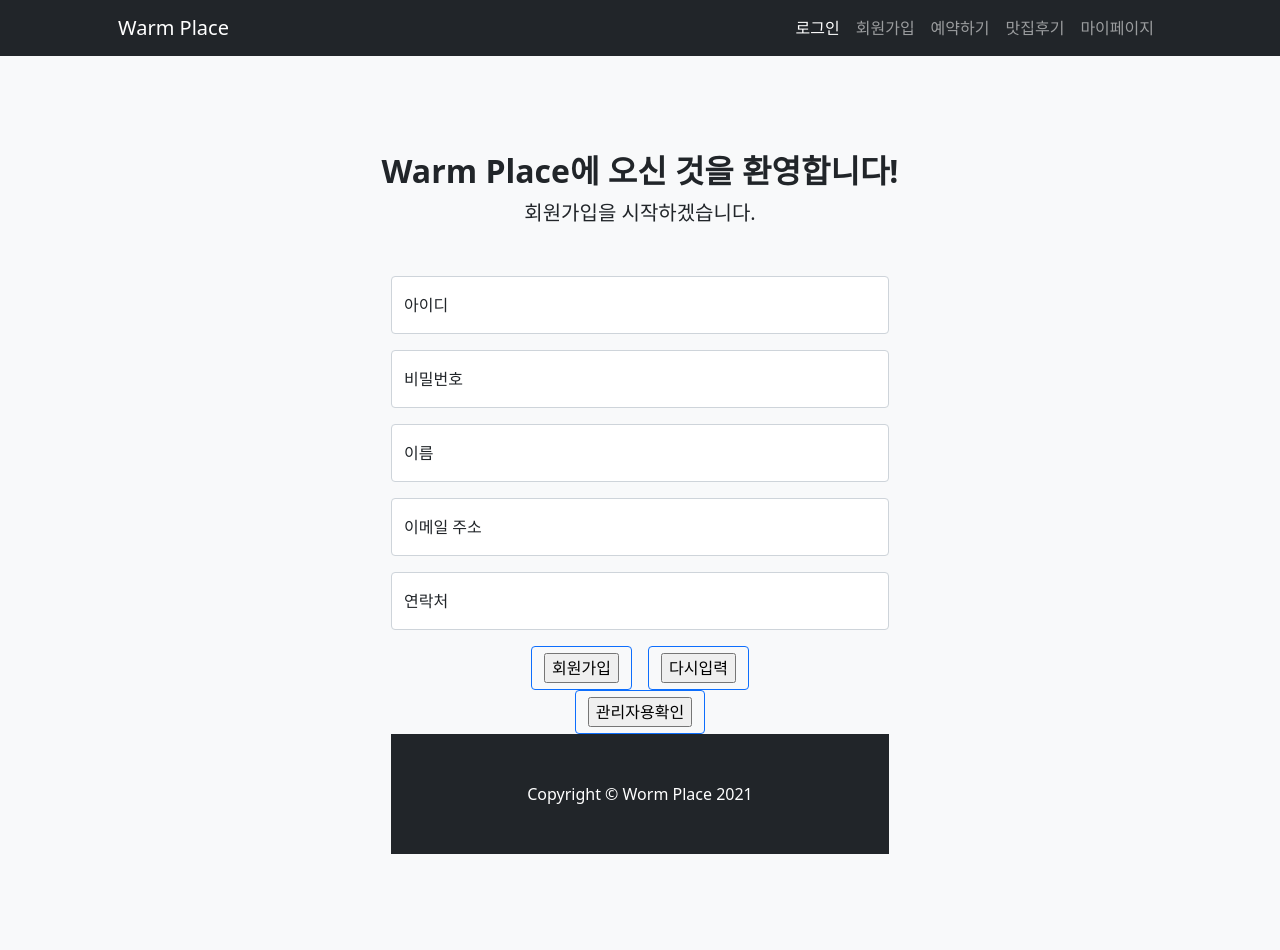
Repository: jaunnnngs/HackaTone
Page: http://localhost/StunProjects/St_Join/st_userJoin.jsp
An editor plug-in stored every save of this project. The page is shown before and after the next save, followed by the edit.
The browser window is 1280 px wide. The pictures show the whole page.
Some web libraries are served in a nearby version. The page is served by Tomcat 9. Other server files are loaded and not shown.

Above is the page before, as saved 2021-08-02 01:09:50.

### STUN_TEAM/StunProjects/src/main/webapp/St_Join/st_userJoin.jsp
<%@ page language="java" contentType="text/html; charset=UTF-8" pageEncoding="UTF-8"%>

<!DOCTYPE html>
<html>
        <head>
        <meta charset="utf-8" />
        <meta name="viewport" content="width=device-width, initial-scale=1, shrink-to-fit=no" />
        <meta name="description" content="" />
        <meta name="author" content="" />
        <title>Warm Place_main</title>
        <!-- Favicon-->
        <link rel="icon" type="image/x-icon" href="assets/favicon.ico" />
        <!-- Bootstrap icons-->
        <link href="https://cdn.jsdelivr.net/npm/bootstrap-icons@1.4.1/font/bootstrap-icons.css" rel="stylesheet" />
        <!-- Core theme CSS (includes Bootstrap)-->
        <link href="css/styles.css" rel="stylesheet" />
    </head>
    <body>
    <form action="./st_userJoinAction.jsp"method="post">
   <%
	// 현재 세션 상태를 체크한다
	String userID = null;
	if (session.getAttribute("userID") != null) {
		userID = (String) session.getAttribute("userID");
	}
	%>

        <!-- Responsive navbar-->
        <nav class="navbar navbar-expand-lg navbar-dark bg-dark">
            <div class="container px-5">
                <a class="navbar-brand" href="../St_Join/main.jsp">Warm Place</a>
                <button class="navbar-toggler" type="button" data-bs-toggle="collapse" data-bs-target="#navbarSupportedContent" aria-controls="navbarSupportedContent" aria-expanded="false" aria-label="Toggle navigation"><span class="navbar-toggler-icon"></span></button>
                 <div class="collapse navbar-collapse" id="navbarSupportedContent">
                 <%
					// 로그인 하지 않았을 때 보여지는 화면
					if(userID == null){
				%>
                    <ul class="navbar-nav ms-auto mb-2 mb-lg-0">
                        <li class="nav-item"><a class="nav-link active" aria-current="page" href="../St_board/login.jsp">로그인</a></li>
                        <li class="nav-item"><a class="nav-link" href="../St_Join/st_userJoin.jsp">회원가입</a></li>
                        <li class="nav-item"><a class="nav-link" href="../St_Reservation/map.jsp">예약하기</a></li>
                        <li class="nav-item"><a class="nav-link" href="../St_board/bbs.jsp">맛집후기</a></li>
                        <li class="nav-item"><a class="nav-link" href="#!">마이페이지</a></li>
                    </ul>
				<%
				// 로그인이 되어 있는 상태에서 보여주는 화면
					}else{
				%>
                    <ul class="navbar-nav ms-auto mb-2 mb-lg-0">
                        <li class="nav-item"><a class="nav-link active" aria-current="page" href="../St_board/logoutAction.jsp">로그아웃</a></li>
                        <li class="nav-item"><a class="nav-link" href="../St_Join/st_userJoin.jsp">회원가입</a></li>
                        <li class="nav-item"><a class="nav-link" href="../St_Reservation/map.jsp">예약하기</a></li>
                        <li class="nav-item"><a class="nav-link" href="../St_board/bbs.jsp">맛집후기</a></li>
                        <li class="nav-item"><a class="nav-link" href="#!">마이페이지</a></li>
                    </ul>
                    <%
				}
			%>
                </div>
            </div>
        </nav>
	    <!-- 회원가입 섹션-->
       <section class="bg-light py-5">
            <div class="container px-5 my-5 px-5">
                <div class="text-center mb-5">
                    <h2 class="fw-bolder">Warm Place에 오신 것을 환영합니다!</h2>
                    <p class="lead mb-0">회원가입을 시작하겠습니다.</p>
                </div>
                <div class="row gx-5 justify-content-center">
                    <div class="col-lg-6">
                        <!-- * * * * * * * * * * * * * * *-->
                        <!-- * * SB Forms Contact Form * *-->
                        <!-- * * * * * * * * * * * * * * *-->
                        <!-- This form is pre-integrated with SB Forms.-->
                        <!-- To make this form functional, sign up at-->
                        <!-- https://startbootstrap.com/solution/contact-forms-->
                        <!-- to get an API token!-->
                        <form id="contactForm" data-sb-form-api-token="API_TOKEN">
                            <!-- userID input-->
                            <div class="form-floating mb-3">
                                 <input class="form-control" name="userID" id="userID" type="text" placeholder="Enter your ID..." data-sb-validations="required" />
                                 <label for="userID">아이디</label>
                                <div class="invalid-feedback" data-sb-feedback="userID:required">A userID is required.</div>
                            </div>
                            <!-- userPassword input-->
                            <div class="form-floating mb-3">
                                <input class="form-control" name="userPassword" id="userPassword" type="password" placeholder="Enter your password..." data-sb-validations="required,email" />
                                <label for="userPassword">비밀번호</label>
                                <div class="invalid-feedback" data-sb-feedback="password:required">A password is required.</div>
                                <div class="invalid-feedback" data-sb-feedback="password:password">Password is not valid.</div>
                            </div>
                            <!-- Name input-->
                            <div class="form-floating mb-3">
                                <input class="form-control" name="name" id="name" type="text" placeholder="Enter your name..." data-sb-validations="required" />
                                <label for="name">이름</label>
                                <div class="invalid-feedback" data-sb-feedback="name:required">A name is required.</div>
                            </div>
                            <!-- Email address input-->
                            <div class="form-floating mb-3">
                                <input class="form-control" name="email" id="email" type="email" placeholder="name@example.com" data-sb-validations="required,email" />
                                <label for="email">이메일 주소</label>
                                <div class="invalid-feedback" data-sb-feedback="email:required">An email is required.</div>
                                <div class="invalid-feedback" data-sb-feedback="email:email">Email is not valid.</div>
                            </div>
                            <!-- Phone number input-->
                            <div class="form-floating mb-3">
                                <input class="form-control" name="number" id="phonenumber" type="phonenumber" placeholder="(123) 456-7890" data-sb-validations="required" />
                                <label for="phonenumber">연락처</label>
                                <div class="invalid-feedback" data-sb-feedback="phonenumber:required">A phone number is required.</div>
                            </div>
                            </form>

                            <!-- 제출 성공시 뜨는 메세지-->
                            <!---->
                            <!-- This is what your users will see when the form-->
                            <!-- has successfully submitted-->
                            <div class="d-none" id="submitSuccessMessage">
                                <div class="text-center mb-3">
                                    <div class="fw-bolder">Form submission successful!</div>
                                    To activate this form, sign up at
                                    <br />
                                    <a href="https://startbootstrap.com/solution/contact-forms">https://startbootstrap.com/solution/contact-forms</a>
                                </div>
                            </div>
                            <!-- 제출 에러 메세지-->
                            <!---->
                            <!-- This is what your users will see when there is-->
                            <!-- an error submitting the form-->
                            <div class="d-none" id="submitErrorMessage"><div class="text-center text-danger mb-3">Error sending message!</div></div>
                            <!--마지막 버튼!  -->
                            <div class="d-grid gap-3 d-sm-flex justify-content-sm-center">
							<a class="btn btn-outline-primary"><input type="submit" value="회원가입"></a>
							<a class="btn btn-outline-primary"><input type="reset" value="다시입력"></a></div>

		</form>




     <!-- 디비확인용 버튼 -->
     <form action="./UseStunDB.jsp" method="post">
     <div class="d-grid gap-3 d-sm-flex justify-content-sm-center">
     <a class="btn btn-outline-primary"><input type="submit" value="관리자용확인"></a></div>
	 </form>


    <!-- 하단화면r-->

        <footer class="py-5 bg-dark">
            <div class="container px-5"><p class="m-0 text-center text-white">Copyright &copy; Worm Place 2021</p></div>
        </footer>
        <!-- Bootstrap core JS-->
        <script src="https://cdn.jsdelivr.net/npm/bootstrap@5.0.2/dist/js/bootstrap.bundle.min.js"></script>
        <!-- Core theme JS-->
        <script src="js/scripts.js"></script>
        <!-- * * * * * * * * * * * * * * * * * * * * * * * * * * * * * * * * * * * * * * * *-->
        <!-- * *                               SB Forms JS                               * *-->
        <!-- * * Activate your form at https://startbootstrap.com/solution/contact-forms * *-->
        <!-- * * * * * * * * * * * * * * * * * * * * * * * * * * * * * * * * * * * * * * * *-->
        <script src="https://cdn.startbootstrap.com/sb-forms-latest.js"></script>
    </body>

### STUN_TEAM/StunProjects/src/main/webapp/St_Join/js/scripts.js
/*!
* Start Bootstrap - Business Frontpage v5.0.3 (https://startbootstrap.com/template/business-frontpage)
* Copyright 2013-2021 Start Bootstrap
* Licensed under MIT (https://github.com/StartBootstrap/startbootstrap-business-frontpage/blob/master/LICENSE)
*/
// This file is intentionally blank
// Use this file to add JavaScript to your project

Loaded but not shown: STUN_TEAM/StunProjects/src/main/webapp/St_Join/css/styles.css (library)

After the next save:
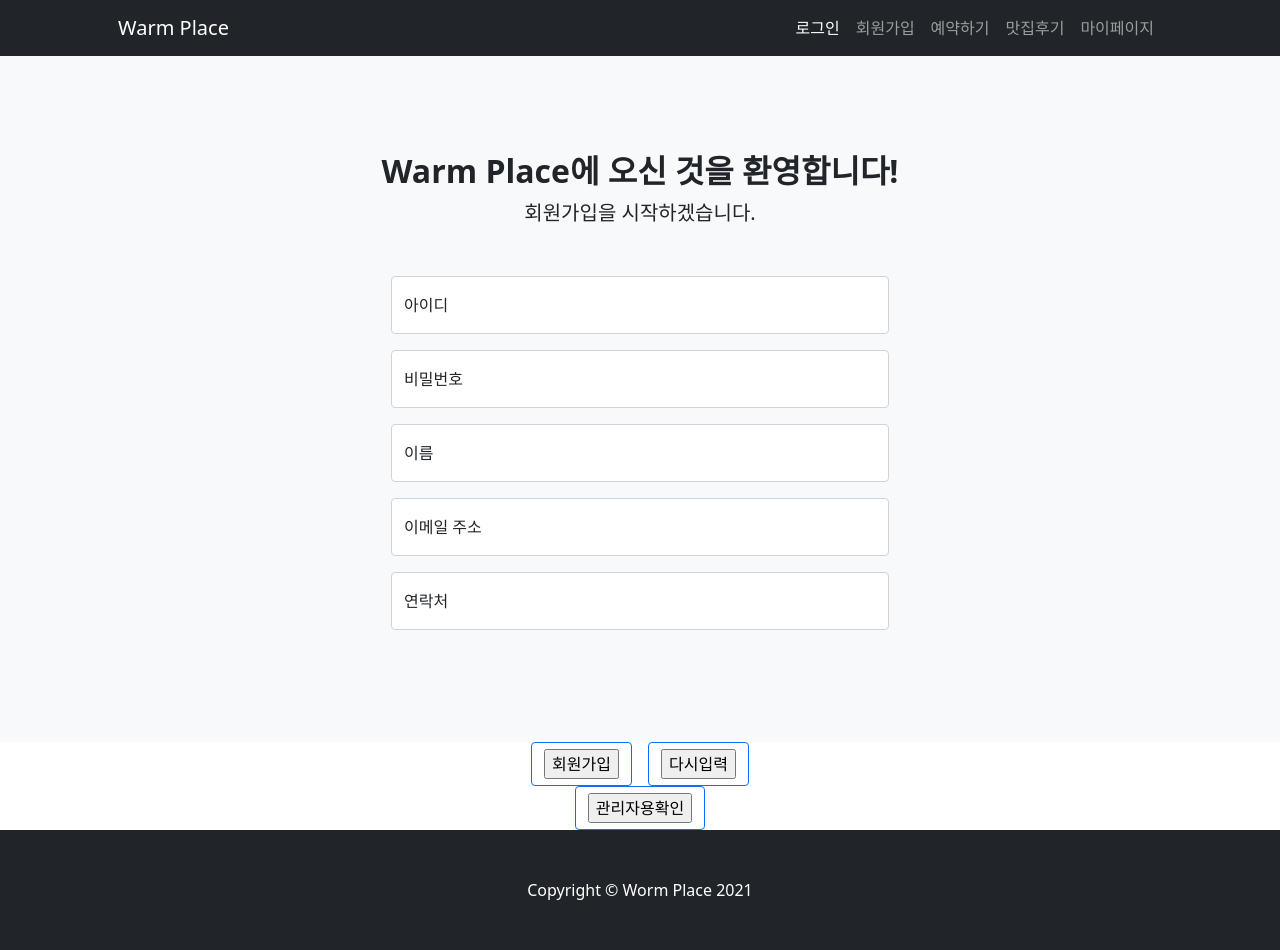
Saved 6 h 12 min later.
--- a/STUN_TEAM/StunProjects/src/main/webapp/St_Join/st_userJoin.jsp
+++ b/STUN_TEAM/StunProjects/src/main/webapp/St_Join/st_userJoin.jsp
@@ -109,6 +109,10 @@
                                 <div class="invalid-feedback" data-sb-feedback="phonenumber:required">A phone number is required.</div>
                             </div>
                             </form>
+                            </div>
+                            </div>
+                            </div>
+                            </section>
 
                             <!-- 제출 성공시 뜨는 메세지-->
                             <!---->
@@ -137,6 +141,7 @@
 
 
 
+
      <!-- 디비확인용 버튼 -->
      <form action="./UseStunDB.jsp" method="post">
      <div class="d-grid gap-3 d-sm-flex justify-content-sm-center">
